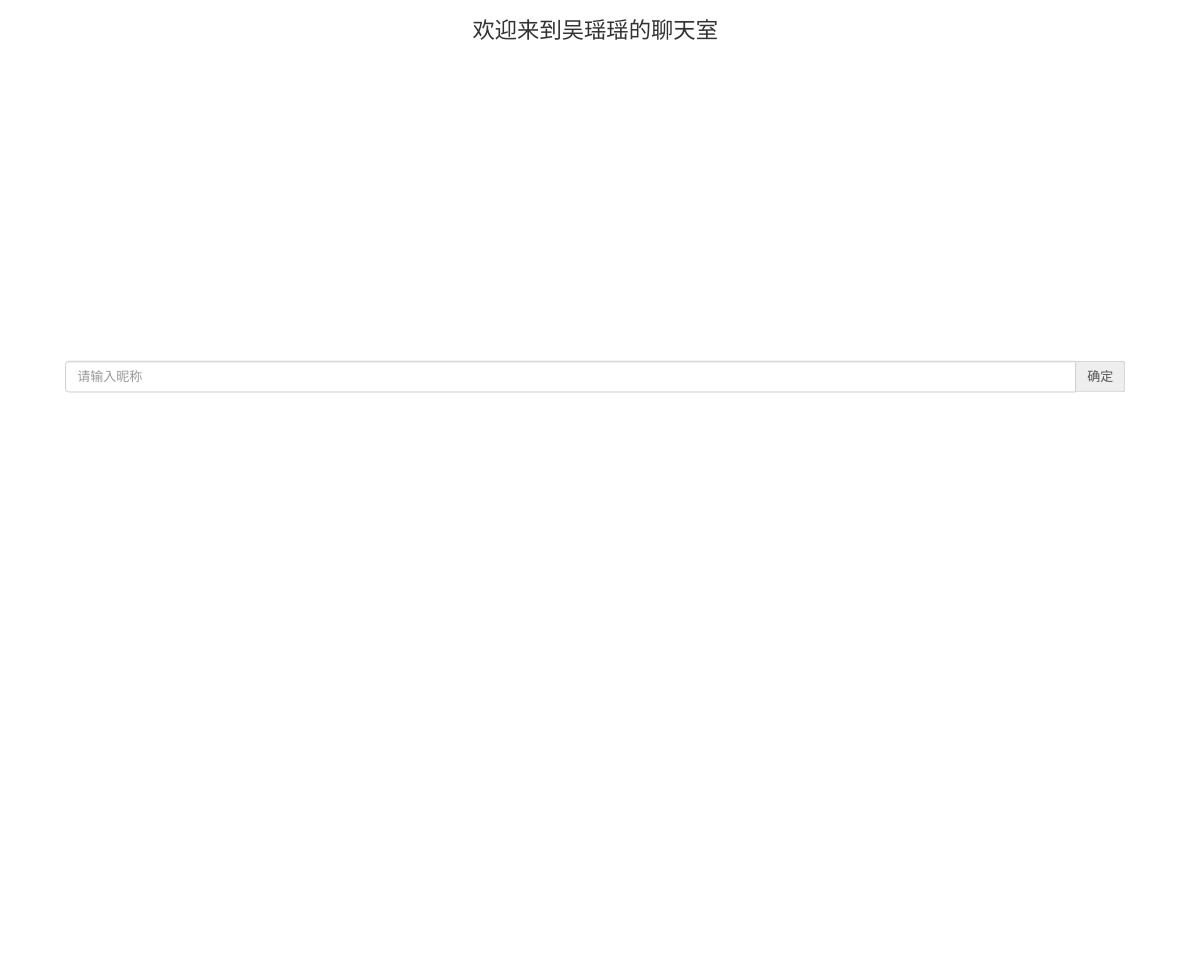
Repository: wyy511/node-socket.io
Page: client.html
The author's editor kept a copy of each file at every save. The page is drawn from the files as they stood at one save, then again after the next save.
The browser window is 1280 px wide. The pictures show the whole page, at 93% of full size.
The page's requests for data from a server got no answer. Some web libraries are served in a nearby version.

Above is the page before, as saved 2019-11-21 11:11:22.
Console error (its wording comes from the project's code and is left out).

After the next save:
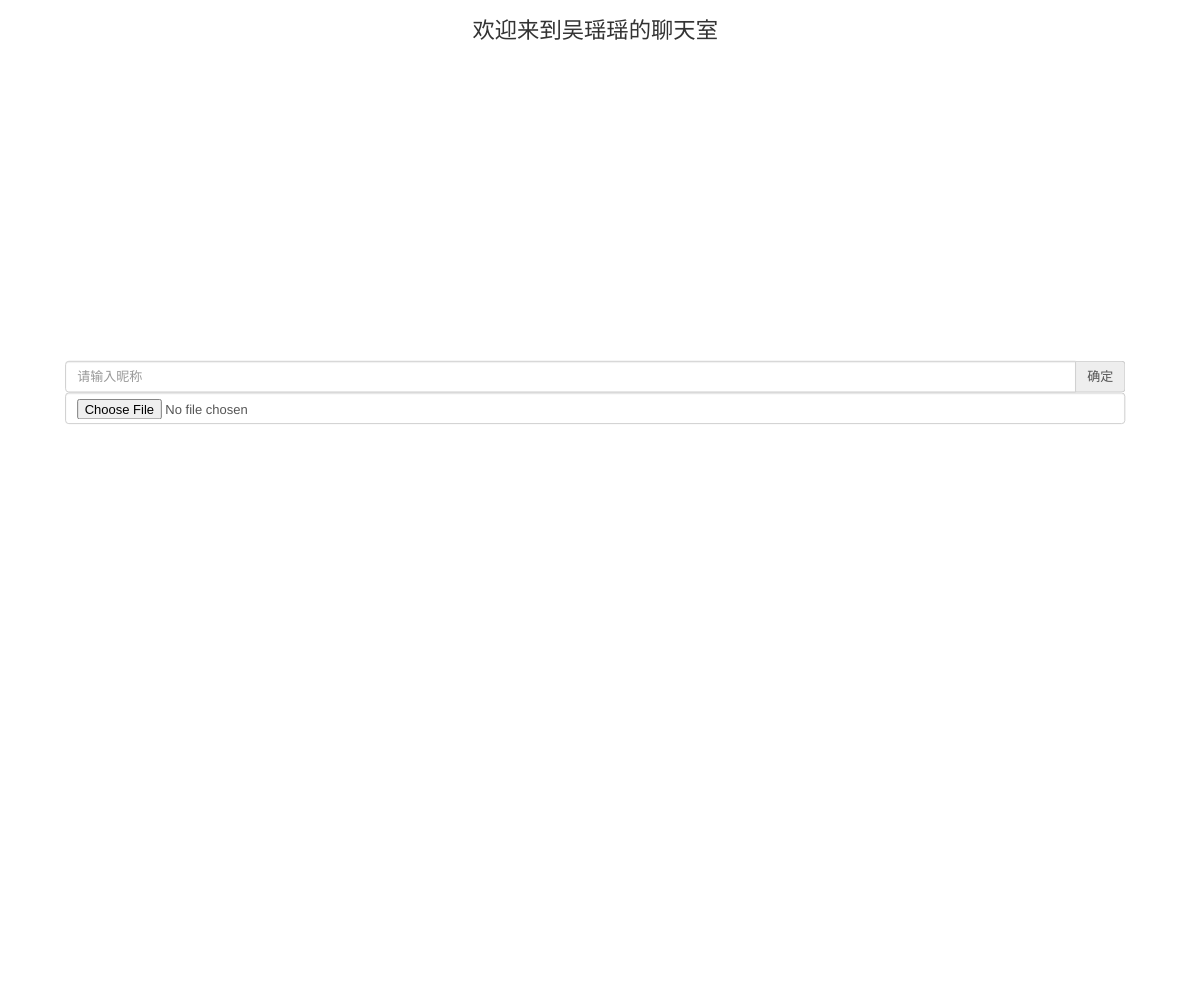
Saved 3 h 39 min later.
--- a/client.html
+++ b/client.html
@@ -57,9 +57,12 @@
     <header>
       <h3 class="title">欢迎来到吴瑶瑶的聊天室</h3>
     </header>
-    <div id="nameBox" class="input-group login-input">
-      <input id="name" class="form-control" type="text" placeholder="请输入昵称" />
-      <span id="nameBtn" class="input-group-addon">确定</span>
+    <div id="nameBox">
+      <div class="input-group login-input">
+        <input id="name" class="form-control" type="text" placeholder="请输入昵称" />
+        <span id="nameBtn" class="input-group-addon">确定</span>
+      </div>
+      <input id="name" class="form-control" type="file" placeholder="请输入昵称" />
     </div>
     <div id="content"></div>
     <footer>
